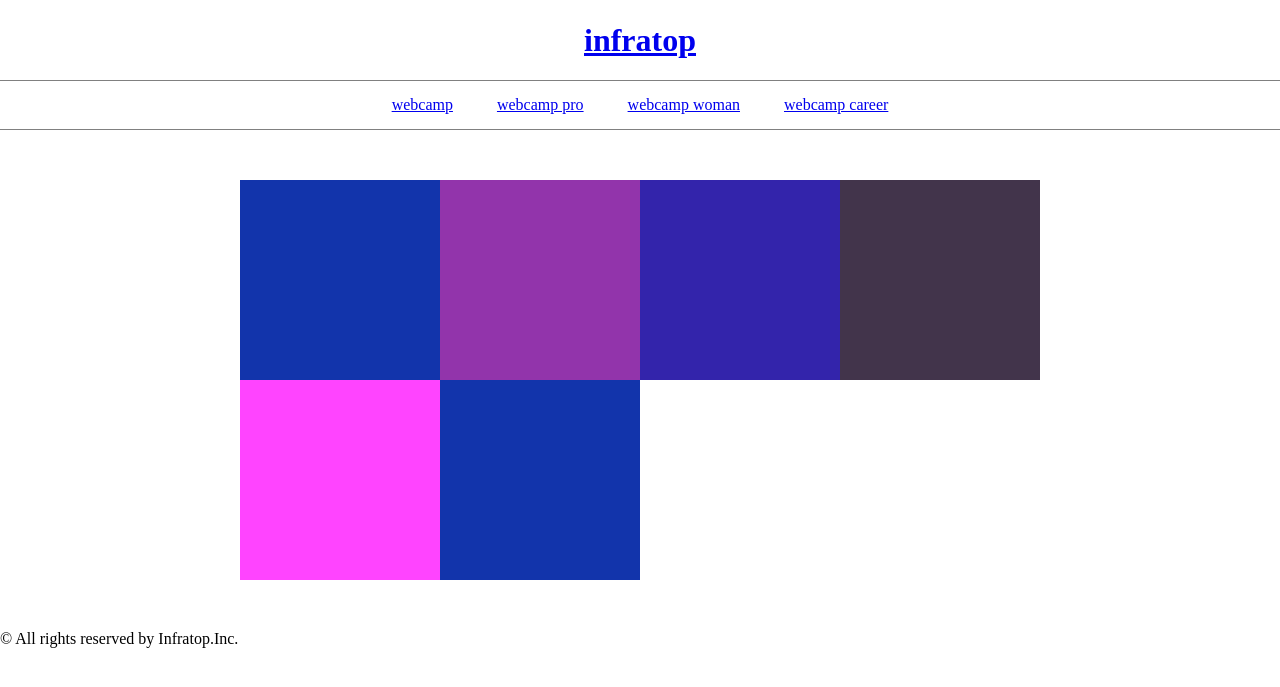
Repository: t-sato-infratop/environment
Page: chapter5_exercise/chapter5_exercise.html
The author's editor kept a record of every edit. The page is drawn from the files as they stood at one moment, then again after the next edit.
The browser window is 1280 px wide. The pictures show the whole page.

Above is the page before.

### chapter5_exercise/chapter5_exercise.html
<!DOCTYPE html>
<html lang="ja">
  <head>
    <meta charset="UTF-8" />
    <link rel="stylesheet" href="chapter5_exercise.css" />
    <title>CARAVAN</title>
  </head>

<body>
  <header>
    <h1 class="header">
      <a href="chapter5_exercise.html">
        infratop
      </a>
    </h1>
  </header>

  <nav>
    <ul class="nav-list">
      <li class="nav-list-item">
        <a href="chapter5_exercise">webcamp</a>
      </li>
      <li class="nav-list-item">
        <a href="chapter5_exercise">webcamp pro</a>
      </li>
      <li class="nav-list-item">
        <a href="chapter5_exercise">webcamp woman</a>
      </li>
      <li class="nav-list-item">
        <a href="chapter5_exercise">webcamp career</a>
      </li>
    </ul>
  </nav>

  <div class="main">
    <div class="box1"></div>
    <div class="box2"></div>
    <div class="box3"></div>
    <div class="box4"></div>
    <div class="box5"></div>
    <div class="box6"></div>
    <div class="box7"></div>
    <div class="box8"></div>
    <div class="box9"></div>
    <div class="box10"></div>
    <div class="box11"></div>
    <div class="box12"></div>
  </div>

  <footer>
    <p class="footer-text">© All rights reserved by Infratop.Inc.</p>
  </footer>

</body>

### chapter5_exercise/chapter5_exercise.css
* {
  margin: 0;
  padding: 0;
  box-sizing: border-box;
}


header {
  padding: 20px 0;
  line-height: 40px;
  text-align: center;
}

.nav-list {
  text-align: center;
  padding: 15px 0;
  margin: 0 auto;
  border-top: solid 1px gray;
  border-bottom: solid 1px gray;
}

.nav-list-item {
  list-style: none;
  display: inline-block;
  margin: 0 20px;
}

.main {
  margin: 50px auto;
  width: 800px;
  display: flex;
  flex-wrap: wrap;
}

.box1 {
  width: 200px;
  height: 200px;
  background-color: #1234ab
}

.box2 {
  width: 200px;
  height: 200px;
  background-color: #9234ab
}

.box3 {
  width: 200px;
  height: 200px;
  background-color: #3324ab
}

.box4 {
  width: 200px;
  height: 200px;
  background-color: #42344b
}

.box5 {
  width: 200px;
  height: 200px;
  background-color: #ff44ff
}

.box6 {
  width: 200px;
  height: 200px;
  background-color: #1234ab
}

.box2 {
  width: 200px;
  height: 200px;
  background-color: #9234ab
}

.box3 {
  width: 200px;
  height: 200px;
  background-color: #3324ab
}

.box4 {
  width: 200px;
  height: 200px;
  background-color: #42344b
}

.box5 {
  width: 200px;
  height: 200px;
  background-color: #ff44ff
}

After the next edit:
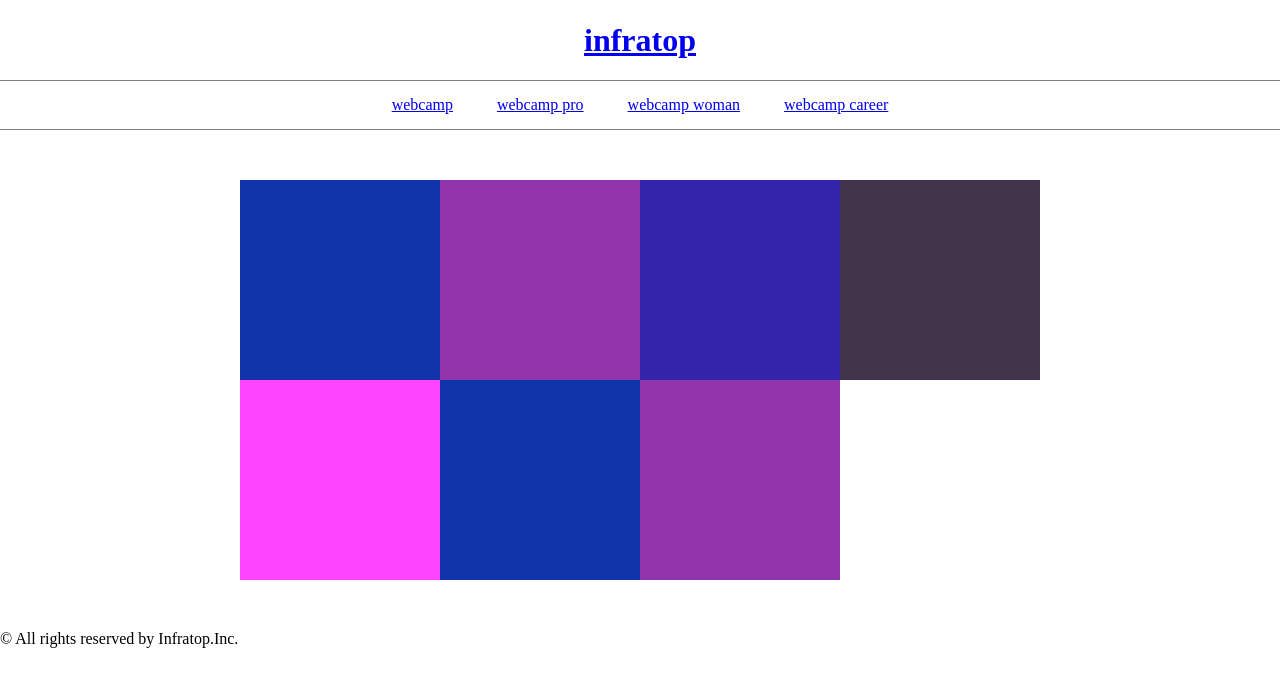
The edit:
--- a/chapter5_exercise/chapter5_exercise.css
+++ b/chapter5_exercise/chapter5_exercise.css
@@ -68,7 +68,7 @@
   background-color: #1234ab
 }
 
-.box2 {
+.box7 {
   width: 200px;
   height: 200px;
   background-color: #9234ab
